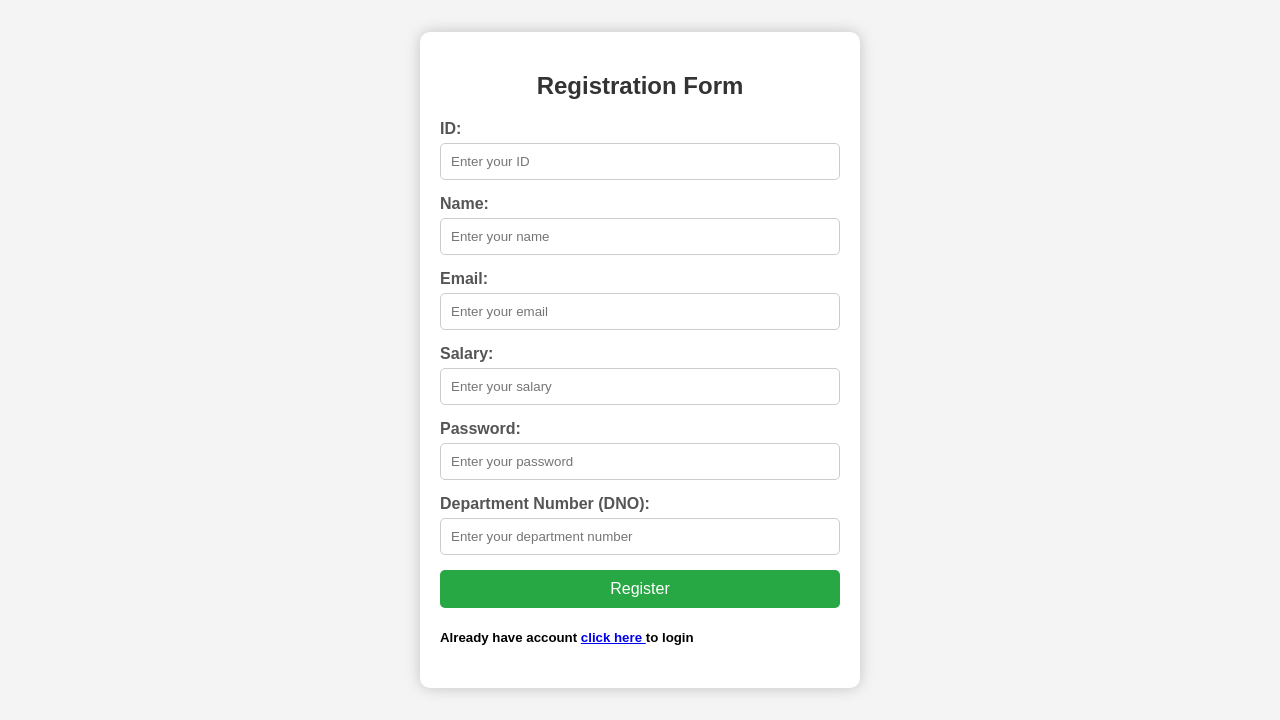
Repository: yhemachandra/ems
Page: http://localhost/ems/reg.jsp
The author's editor kept a copy of each file at every save. The page is drawn from the files as they stood at one save, then again after the next save.
The browser window is 1280 px wide. The pictures show the whole page.
The page is served by Tomcat 9.

Above is the page before, as saved 2024-10-18 06:55:13.

After the next save:
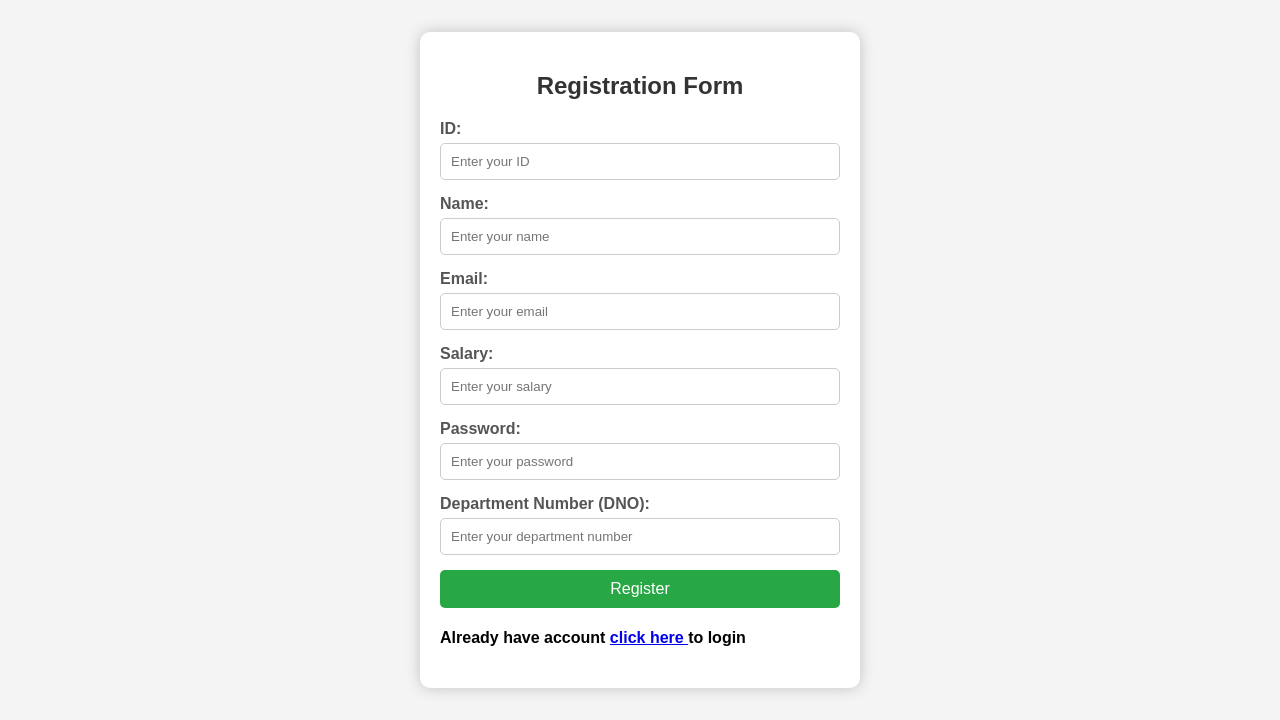
Saved 16 s later.
--- a/ems/src/main/webapp/reg.jsp
+++ b/ems/src/main/webapp/reg.jsp
@@ -91,7 +91,7 @@ body {
 
         <button type="submit">Register</button>
 
-        <h5>Already have account <a href="login.jsp">click here </a> to login</h5>
+        <h4>Already have account <a href="login.jsp">click here </a> to login</h4>
     </form>
 
 
